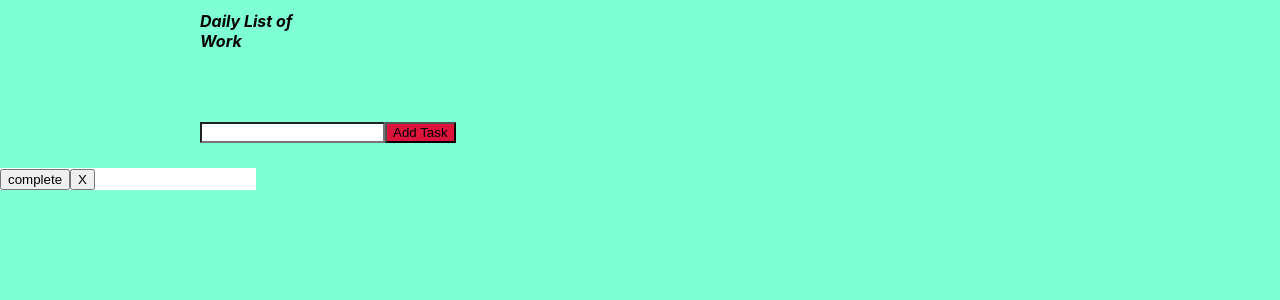
Repository: iamjayenmthakuri/todolist
Page: /, after clicking the first element matching `button.button`
An editor plug-in stored every save of this project. The page is shown before and after the next save, followed by the edit.
The browser window is 1280 px wide. The pictures show the whole page.
The project was rebuilt for these pictures with package versions that can differ from the ones it lists, and the page was loaded fresh each time.

Above is the page before, as saved 2022-09-19 11:14:56.

### src/App.js
import React from 'react';
import { useState } from 'react';
import "./App.css";
import Task from './Task';


function App() {
  const [todoList, setTodoList] = useState([]);
  const [newTask, setNewTask] = useState("");

  const handleOnChange = (event) => {
    setNewTask(event.target.value)
  };

  const addTask = () => {
    const task = {
      id: todoList.length === 0 ? 1 : todoList[todoList.length - 1].id + 1,
      taskName: newTask,
      completed:false,
    }
    setTodoList([...todoList, task]);
  };

  const deleteTask = (id) => {
    setTodoList(todoList.filter((task) => task.id !== id));
  };
  const completedTask = (id) =>{
    todoList.map()

  }

  return (
    <div>
      <div><h1 className='title'>Daily List of Work</h1>

        <input className='input' onChange={handleOnChange} />
        <button className='button' onClick={addTask}>Add Task</button>
        {todoList.map((task) => {
          return(
            <Task completedTask={completedTask} deleteTask={deleteTask} taskName={task.taskName} id={task.id}/>
         )

        })}
      </div>
    </div>
  );
}

export default App;

### src/App.css
body{
  background-color: aquamarine;
  display:grid;
  background-position: center;
  position: absolute;
}
.title{
  height: 100px;
  width: 110px;
  font-size: medium;
  font-weight: bold;
  font-style: italic;
  background-position: center;
  transform: translate(200px);
}
.container{
  background-color: white;
  height:max-content;
  width:200px;
  margin-bottom: auto;
  margin-top: auto;
}
.input{
  background-color: white;
  height: max-content;
  width: max-content;
  transform: translate(200px);
}
.button{
  background-color:crimson;
  height: max-content;
  width: max-content;
  transform: translate(200px);
}

### src/Task.js
import React from 'react';

function Task(props) {
    return (
        <div
            className="task" style={{ backgroundColor: props.completed ? "green" : "white" }} >
            <div className='container'>
                <h6>{props.taskName}</h6>

                <button onClick={() => props.completedTask(props.id)}>complete</button>
                <button className='bt' onClick={() => props.deleteTask(props.id)}>X</button>

            </div>
        </div>
    );

}

export default Task;

Loaded but not shown: public/index.html (common file); src/index.js (common file); src/index.css (common file); src/reportWebVitals.js (common file)

After the next save:
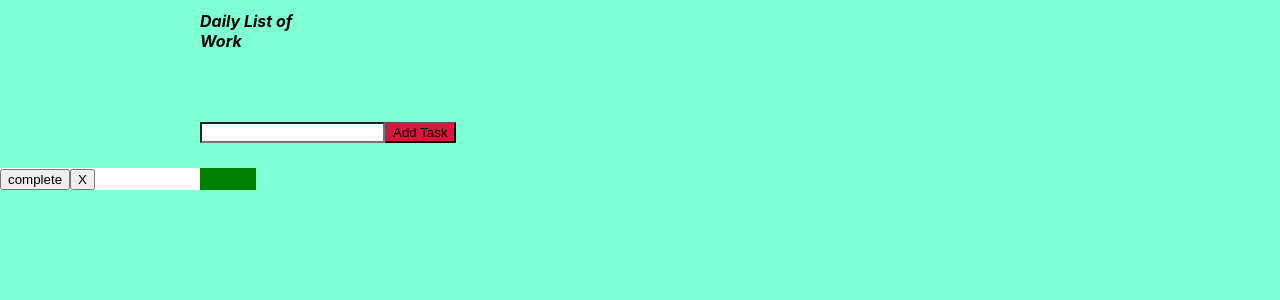
Saved 42 s later.
--- a/src/Task.js
+++ b/src/Task.js
@@ -3,7 +3,7 @@
 function Task(props) {
     return (
         <div
-            className="task" style={{ backgroundColor: props.completed ? "green" : "white" }} >
+            className="task" style={{ backgroundColor: props.completedTask ? "green" : "white" }} >
             <div className='container'>
                 <h6>{props.taskName}</h6>
 

After the 3 saves that followed:
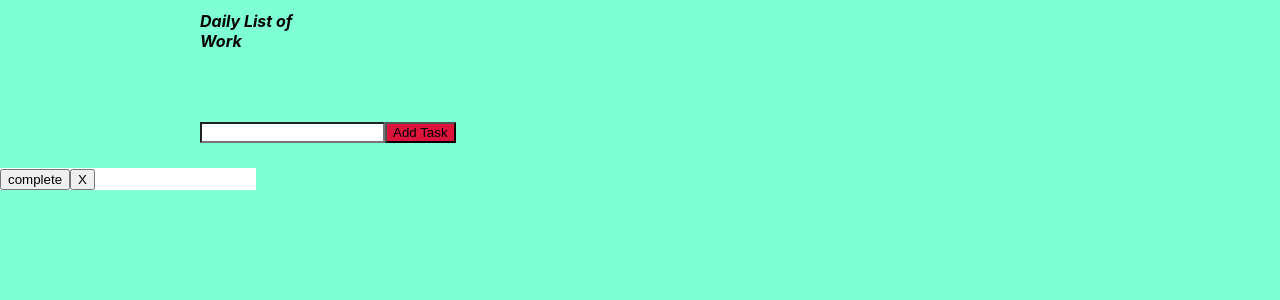
The 3 saves are shown as one change because 1 did not build or start and 1 left the picture as it was.
The last was saved 9 min 14 s later.
--- a/src/App.js
+++ b/src/App.js
@@ -25,9 +25,21 @@ function App() {
     setTodoList(todoList.filter((task) => task.id !== id));
   };
   const completedTask = (id) =>{
-    todoList.map()
+    setTodoList(
+    todoList.map((task) => {
+      if (task.id === id ) {
+        return { ...task, completed : true };
+      }
+      else{
+        return task;
+      }
+    })
 
-  }
+      );
+
+    };
+
+
 
   return (
     <div>
--- a/src/Task.js
+++ b/src/Task.js
@@ -3,7 +3,7 @@
 function Task(props) {
     return (
         <div
-            className="task" style={{ backgroundColor: props.completedTask ? "green" : "white" }} >
+            className="task" style={{ backgroundColor: props.complete ? "green" : "white" }} >
             <div className='container'>
                 <h6>{props.taskName}</h6>
 
